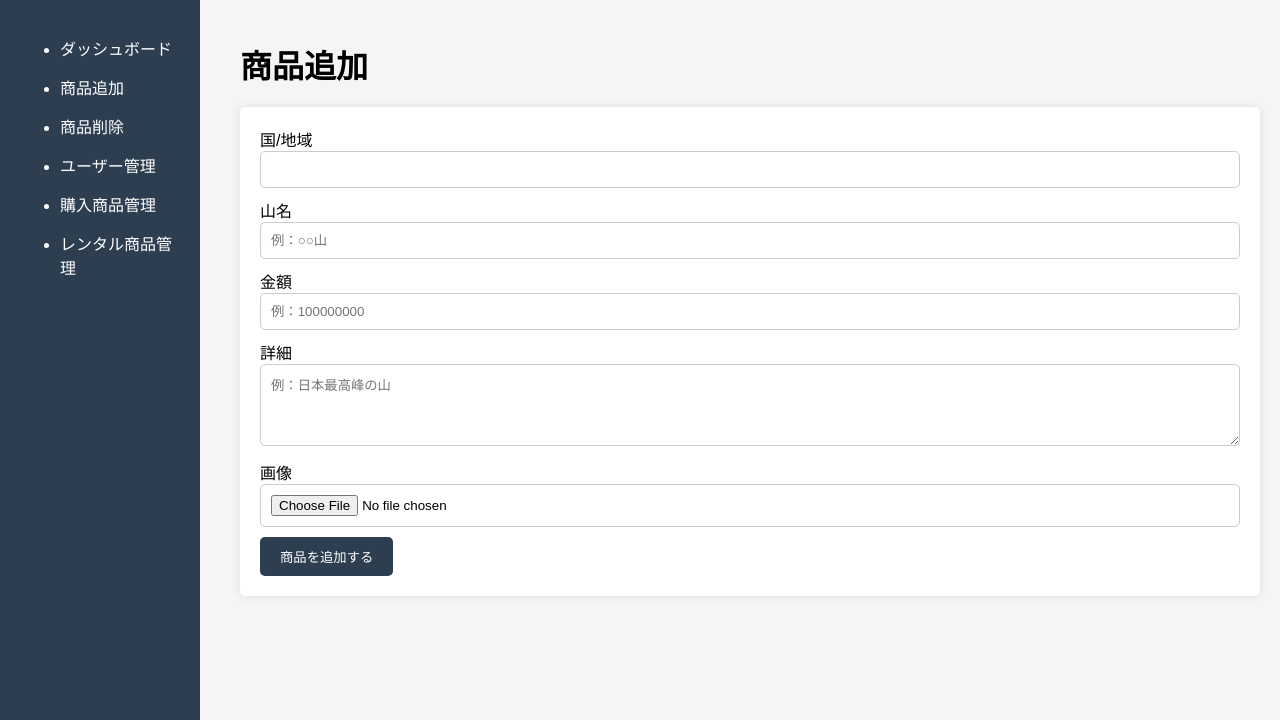
Repository: magome112/Oasis2024920
Page: http://localhost/_12_kanri.shohin.php
The author's editor kept a copy of each file at every save. The page is drawn from the files as they stood at one save, then again after the next save.
The browser window is 1280 px wide. The pictures show the whole page.
The page is run by PHP 8.4 with error messages shown; the project is at /var/www/html/.

Above is the page before, as saved 2024-12-06 11:31:00.

### _12_kanri.shohin.php
<?php
// データベース接続設定
$host = 'mysql306.phy.lolipop.lan';
$dbname = 'LAA1602729-oasis';
$user = 'LAA1602729';
$password = 'oasis5';

try {
    $pdo = new PDO("mysql:host=$host;dbname=$dbname;charset=utf8", $user, $password);
    $pdo->setAttribute(PDO::ATTR_ERRMODE, PDO::ERRMODE_EXCEPTION);
} catch (PDOException $e) {
    echo "データベース接続エラー: " . $e->getMessage();
    exit;
}

// フォーム送信処理
if ($_SERVER['REQUEST_METHOD'] === 'POST') {
    $region = $_POST['region'] ?? '';
    $mountain_name = $_POST['mountain_name'] ?? '';
    $price = $_POST['price'] ?? '';
    $details = $_POST['details'] ?? '';
    $image_path = '';

    // 画像のアップロード処理
    if (isset($_FILES['image']) && $_FILES['image']['error'] === UPLOAD_ERR_OK) {
        $upload_dir = 'uploads/';
        $image_path = $upload_dir . basename($_FILES['image']['name']);
        if (!move_uploaded_file($_FILES['image']['tmp_name'], $image_path)) {
            echo "画像アップロードに失敗しました。";
            exit;
        }
    }

    // データベースに挿入
    $stmt = $pdo->prepare("INSERT INTO products (region, mountain_name, price, details, image_path) VALUES (:region, :mountain_name, :price, :details, :image_path)");
    $stmt->bindParam(':region', $region);
    $stmt->bindParam(':mountain_name', $mountain_name);
    $stmt->bindParam(':price', $price);
    $stmt->bindParam(':details', $details);
    $stmt->bindParam(':image_path', $image_path);
    $stmt->execute();

    echo "商品が追加されました！";
}
?>

<!DOCTYPE html>
<html lang="ja">
<head>
    <meta charset="UTF-8">
    <meta name="viewport" content="width=device-width, initial-scale=1.0">
    <title>商品追加</title>
    <style>
        body {
            font-family: Arial, sans-serif;
            margin: 0;
            padding: 0;
            background-color: #f5f5f5;
        }
        .sidebar {
            width: 200px;
            background-color: #2c3e50;
            color: #fff;
            height: 100vh;
            position: fixed;
            top: 0;
            left: 0;
            padding: 20px;
            box-sizing: border-box;
        }
        .sidebar h3 {
            margin-bottom: 30px;
        }
        .sidebar a {
            color: #fff;
            text-decoration: none;
            display: block;
            margin-bottom: 15px;
        }
        .main-content {
            margin-left: 220px;
            padding: 20px;
        }
        h1 {
            margin-bottom: 20px;
        }
        form {
            background-color: #fff;
            padding: 20px;
            border-radius: 5px;
            box-shadow: 0 0 10px rgba(0, 0, 0, 0.1);
        }
        input, select, textarea {
            width: 100%;
            padding: 10px;
            margin-bottom: 10px;
            border: 1px solid #ccc;
            border-radius: 5px;
            box-sizing: border-box;
        }
        button {
            background-color: #2c3e50;
            color: #fff;
            border: none;
            padding: 10px 20px;
            cursor: pointer;
            border-radius: 5px;
        }
        button:hover {
            background-color: #34495e;
        }
    </style>
</head>
<body>
<div class="sidebar">
    <ul>
        <li><a>ダッシュボード</a></li>
        <li><a href="_12_kanri.shohin.php">商品追加</a></li>
        <li><a href="_13_kanri.shohindel.php">商品削除</a></li>
        <li><a href="_14_kanri.user.php">ユーザー管理</a></li>
        <li><a href="_15_kanri.add.shohin.php">購入商品管理</a></li>
        <li><a href="_16_kanri.add.rental.php">レンタル商品管理</a></li>
    </ul>
</div>

    <div class="main-content">
        <h1>商品追加</h1>
        <form method="POST" enctype="multipart/form-data">
            <label for="country_name">国/地域</label>
            <input type="text" name="country_name">

            <label for="mountain_name">山名</label>
            <input type="text" name="mountain_name" id="mountain_name" placeholder="例：○○山" required>

            <label for="price">金額</label>
            <input type="number" name="price" id="price" placeholder="例：100000000" required>

            <label for="details">詳細</label>
            <textarea name="details" id="details" placeholder="例：日本最高峰の山" rows="4" required></textarea>

            <label for="image">画像</label>
            <input type="file" name="image" id="image" accept="image/*" required>

            <button type="submit">商品を追加する</button>
        </form>
    </div>
</body>
</html>

After the next save:
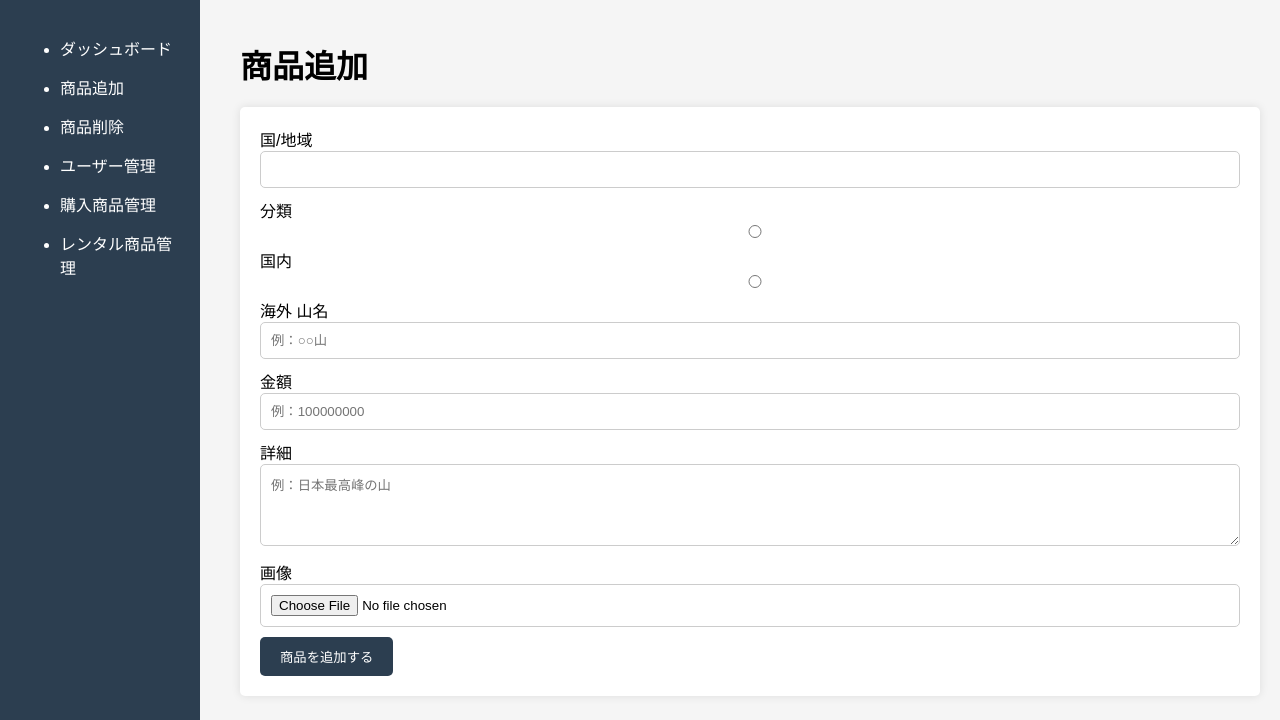
Saved 15 min 12 s later.
--- a/_12_kanri.shohin.php
+++ b/_12_kanri.shohin.php
@@ -15,11 +15,12 @@ try {
 
 // フォーム送信処理
 if ($_SERVER['REQUEST_METHOD'] === 'POST') {
-    $region = $_POST['region'] ?? '';
-    $mountain_name = $_POST['mountain_name'] ?? '';
+    $yama_name = $_POST['yama_name'] ?? "";
+    $country_name = $_POST['country_name'] ?? '';
+    $Region = $_POST['Region'] ?? '';
     $price = $_POST['price'] ?? '';
-    $details = $_POST['details'] ?? '';
-    $image_path = '';
+    $yama_img = '';
+    $yama_info = $_POST['yama_info'] ?? '';
 
     // 画像のアップロード処理
     if (isset($_FILES['image']) && $_FILES['image']['error'] === UPLOAD_ERR_OK) {
@@ -32,12 +33,13 @@ if ($_SERVER['REQUEST_METHOD'] === 'POST') {
     }
 
     // データベースに挿入
-    $stmt = $pdo->prepare("INSERT INTO products (region, mountain_name, price, details, image_path) VALUES (:region, :mountain_name, :price, :details, :image_path)");
-    $stmt->bindParam(':region', $region);
-    $stmt->bindParam(':mountain_name', $mountain_name);
+    $stmt = $pdo->prepare("INSERT INTO Oasis_yama (yama_name, country_name, Region, price, yama_img, yama_info) VALUES (:yama_name, :country_name, :Region, :price, :yama_img, :yama_info)");
+    $stmt->bindParam(':yama_name', $yama_name);
+    $stmt->bindParam(':country_name', $country_name);
+    $stmt->bindParam(':Region', $Region);
     $stmt->bindParam(':price', $price);
-    $stmt->bindParam(':details', $details);
-    $stmt->bindParam(':image_path', $image_path);
+    $stmt->bindParam(':yama_img', $yama_img);
+    $stmt->bindParam(':yama_info', $yama_info);
     $stmt->execute();
 
     echo "商品が追加されました！";
@@ -127,19 +129,23 @@ if ($_SERVER['REQUEST_METHOD'] === 'POST') {
         <h1>商品追加</h1>
         <form method="POST" enctype="multipart/form-data">
             <label for="country_name">国/地域</label>
-            <input type="text" name="country_name">
+            <input type="text" name="country_name" id="country_name" required>
 
-            <label for="mountain_name">山名</label>
-            <input type="text" name="mountain_name" id="mountain_name" placeholder="例：○○山" required>
+            <label for="region">分類</label>
+            <input type="radio" name="region" value="0" required>国内
+            <input type="radio" name="region" value="1">海外
+
+            <label for="yama_name">山名</label>
+            <input type="text" name="yama_name" id="yama_name" placeholder="例：○○山" required>
 
             <label for="price">金額</label>
             <input type="number" name="price" id="price" placeholder="例：100000000" required>
 
-            <label for="details">詳細</label>
-            <textarea name="details" id="details" placeholder="例：日本最高峰の山" rows="4" required></textarea>
+            <label for="yama_info">詳細</label>
+            <textarea name="yama_info" id="yama_info" placeholder="例：日本最高峰の山" rows="4" required></textarea>
 
-            <label for="image">画像</label>
-            <input type="file" name="image" id="image" accept="image/*" required>
+            <label for="yama_img">画像</label>
+            <input type="file" name="yama_img" id="yama_img" accept="image/*" required>
 
             <button type="submit">商品を追加する</button>
         </form>
